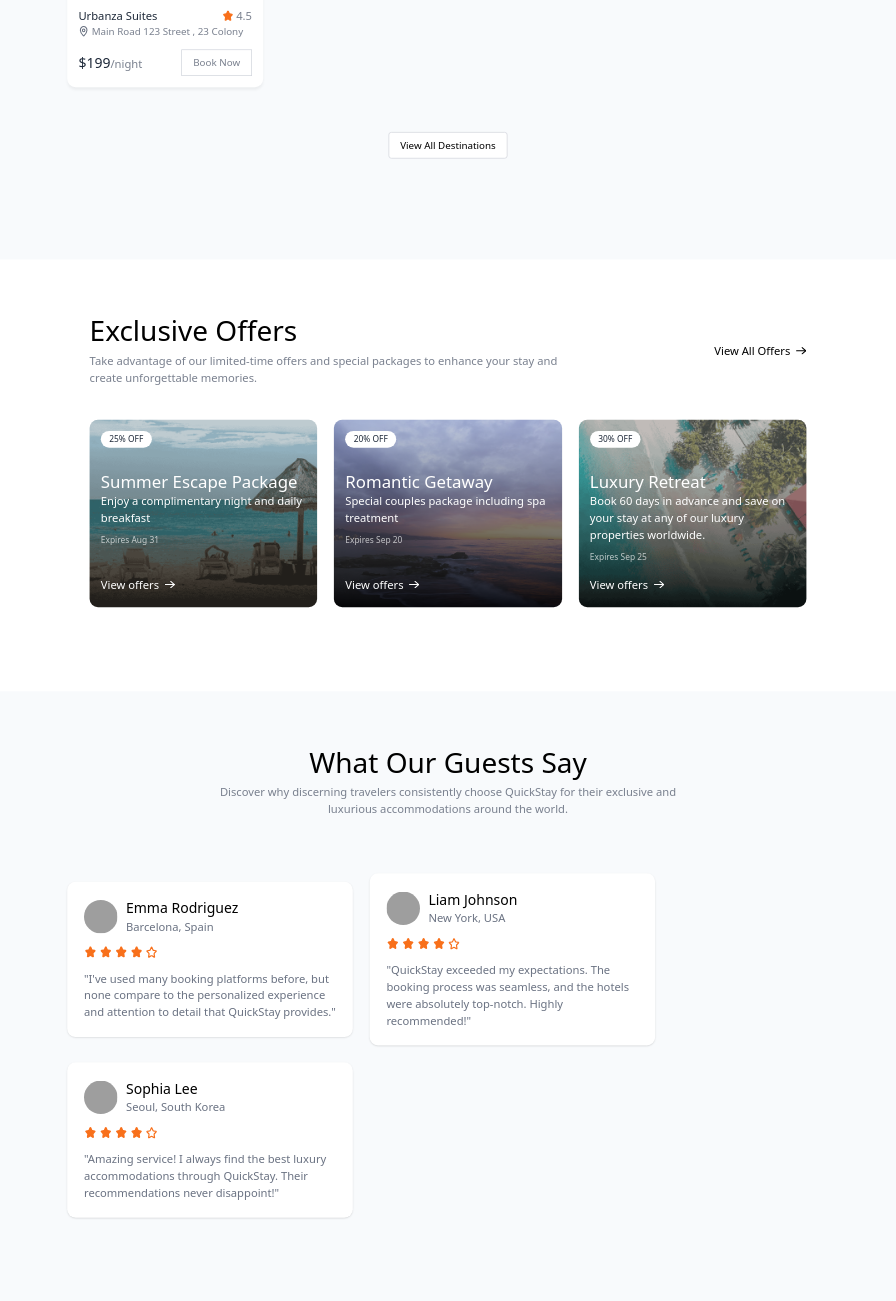
Repository: Ponn-Star/My-App
Page: / (app in FrontEnd/)
These files come from the project's save history. The page is drawn as it stood at one moment and after the next save; the edit follows.
The browser window is 1280 px wide. The pictures show the part of the page from y = 1522 to 3442 px (the page is 3381 px tall before and 3442 px after), at 70% of full size.
Pictures or frames that could not be fetched are drawn as grey boxes. The project was rebuilt for these pictures with package versions that can differ from the ones it lists, and the page was loaded fresh each time. Also part of the build but not shown: FrontEnd/vite.config.js, FrontEnd/src/assets/assets.js.

Above is the page before, as saved 2025-05-08 23:55:14.

After the next save:
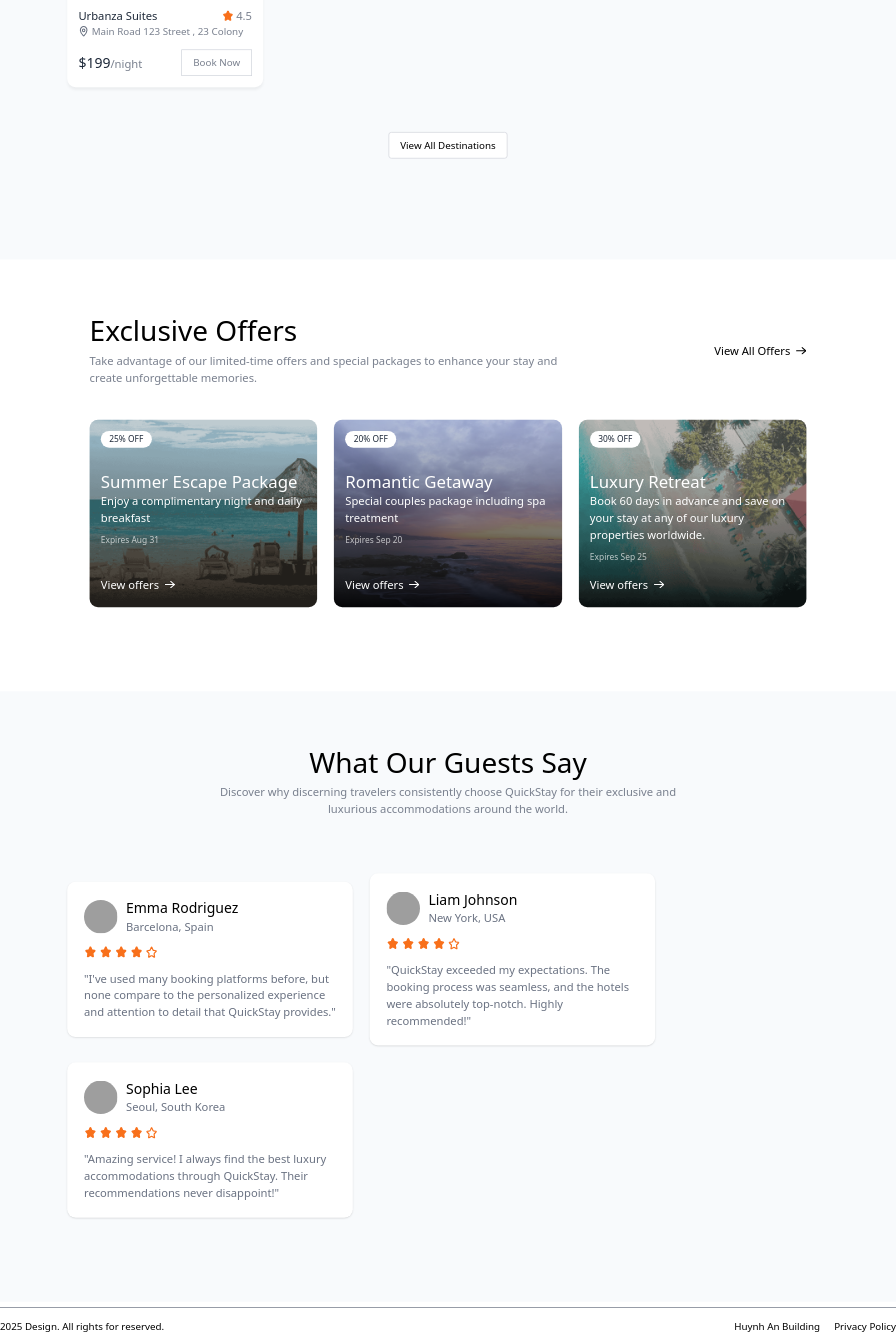
Saved 14 s later.
--- a/FrontEnd/src/pages/Home.jsx
+++ b/FrontEnd/src/pages/Home.jsx
@@ -3,6 +3,7 @@ import Hero from '../components/Hero'
 import FeaturedDestination from '../components/FeaturedDestination'
 import ExclusiveOffers from '../components/ExclusiveOffers'
 import Testimonial from '../components/Testimonial'
+import Footer from '../components/Footer'
 
 const Home = () => {
   return (
@@ -11,6 +12,7 @@ const Home = () => {
       <FeaturedDestination />
       <ExclusiveOffers />
       <Testimonial />
+      <Footer />
     </>
   )
 }
